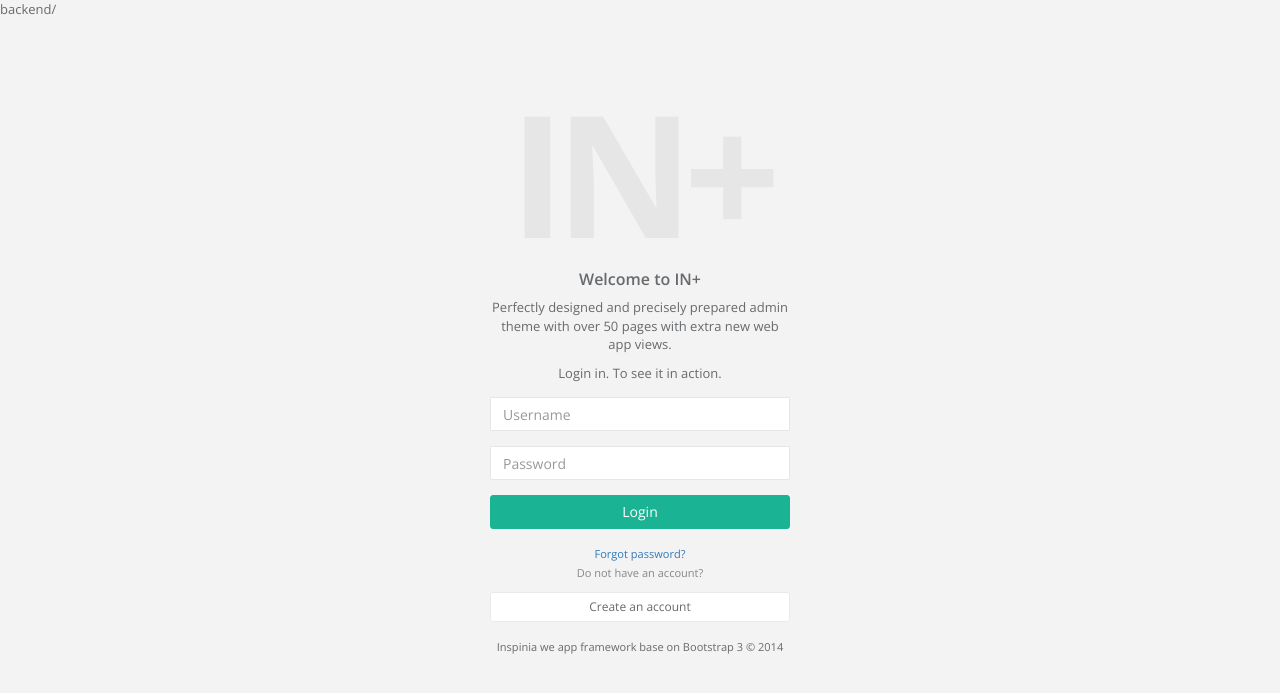
Repository: ndmq03102002/laravel
Page: resources/views/auth/login.blade.php
An editor plug-in stored every save of this project. The page is shown before and after the next save, followed by the edit.
The browser window is 1280 px wide. The pictures show the whole page.
The page is served by the project's Laravel application, run on PHP 8.4 with Laravel 10. Other server files are loaded and not shown. The template is opened directly, without the code that normally fills it, so the values that code supplies are empty.

Above is the page before, as saved 2024-06-29 12:09:31.

### routes/web.php
<?php

use Illuminate\Support\Facades\Route;
Use App\Http\Controllers\Backend\UserController;
Use App\Http\Controllers\Backend\AuthController;


Route::get('/', function () {
    return view('welcome');
});

Route::get('/login', [AuthController::class, 'login'])-> name('auth.login');

### resources/views/auth/login.blade.php
<!DOCTYPE html>
<html>

<head>

    <meta charset="utf-8">
    <meta name="viewport" content="width=device-width, initial-scale=1.0">

    <title>INSPINIA | Login</title>

    <link href="backend/css/bootstrap.min.css" rel="stylesheet">
    <link href="backend/font-awesome/css/font-awesome.css" rel="stylesheet">
backend/
    <link href="backend/css/animate.css" rel="stylesheet">
    <link href="backend/css/style.css" rel="stylesheet">

</head>

<body class="gray-bg">

    <div class="middle-box text-center loginscreen animated fadeInDown">
        <div>
            <div>

                <h1 class="logo-name">IN+</h1>

            </div>
            <h3>Welcome to IN+</h3>
            <p>Perfectly designed and precisely prepared admin theme with over 50 pages with extra new web app views.
                <!--Continually expanded and constantly improved Inspinia Admin Them (IN+)-->
            </p>
            <p>Login in. To see it in action.</p>
            <form class="m-t" role="form" action="index.html">
                <div class="form-group">
                    <input type="email" class="form-control" placeholder="Username" required="">
                </div>
                <div class="form-group">
                    <input type="password" class="form-control" placeholder="Password" required="">
                </div>
                <button type="submit" class="btn btn-primary block full-width m-b">Login</button>

                <a href="#"><small>Forgot password?</small></a>
                <p class="text-muted text-center"><small>Do not have an account?</small></p>
                <a class="btn btn-sm btn-white btn-block" href="register.html">Create an account</a>
            </form>
            <p class="m-t"> <small>Inspinia we app framework base on Bootstrap 3 &copy; 2014</small> </p>
        </div>
    </div>

    <!-- Mainly scripts -->
    <script src="js/jquery-3.1.1.min.js"></script>
    <script src="js/bootstrap.min.js"></script>

</body>

</html>

Loaded but not shown: app/Providers/AppServiceProvider.php (common file); public/backend/css/bootstrap.min.css (library); public/backend/font-awesome/css/font-awesome.css (library); public/backend/css/animate.css (library); public/backend/css/style.css (library)

After the next save:
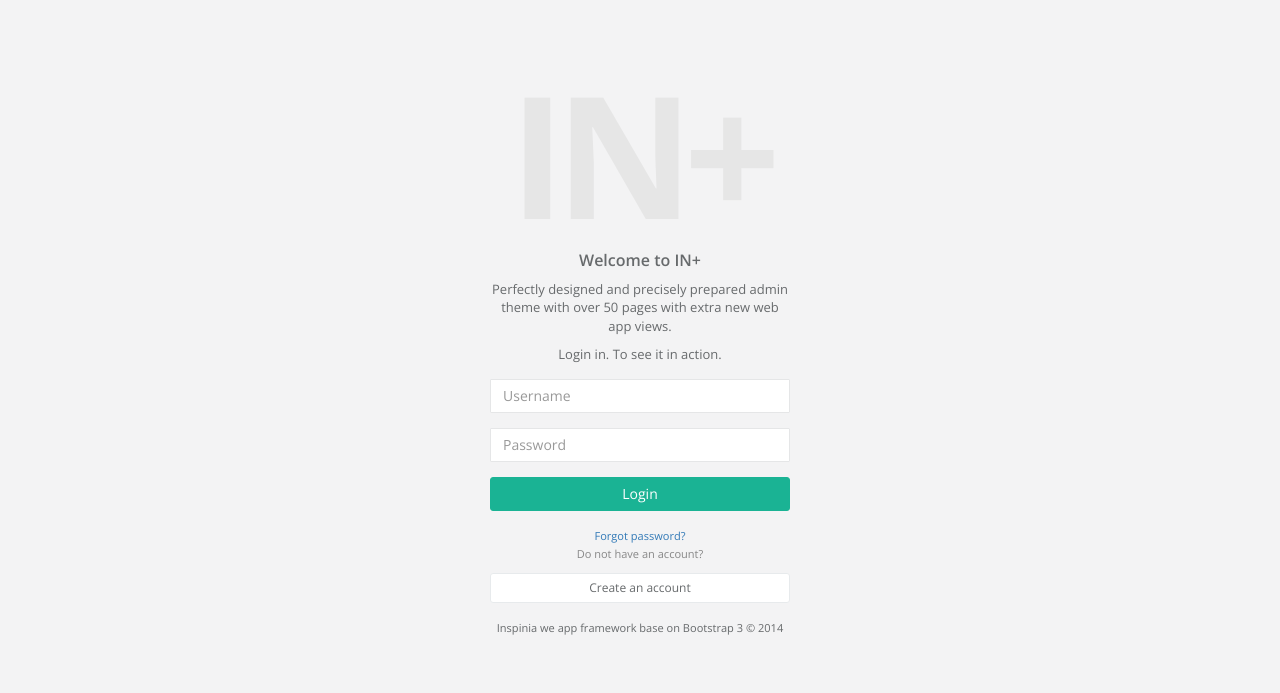
Saved 9 s later.
--- a/resources/views/auth/login.blade.php
+++ b/resources/views/auth/login.blade.php
@@ -10,7 +10,7 @@
 
     <link href="backend/css/bootstrap.min.css" rel="stylesheet">
     <link href="backend/font-awesome/css/font-awesome.css" rel="stylesheet">
-backend/
+
     <link href="backend/css/animate.css" rel="stylesheet">
     <link href="backend/css/style.css" rel="stylesheet">
 
